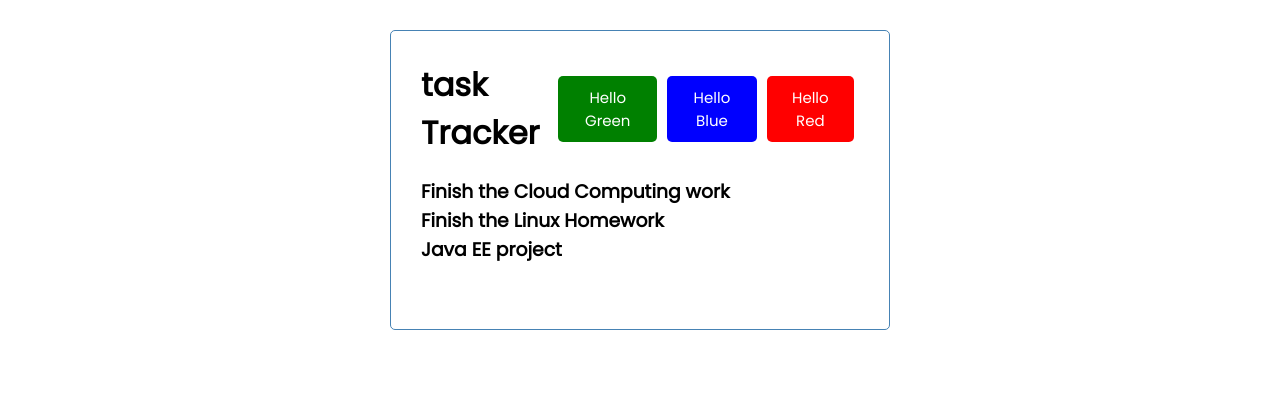
Repository: ds-mbappe/react-task-tracker
Page: /
These files come from the project's save history. The page is drawn as it stood at one moment and after the next save; the edit follows.
The browser window is 1280 px wide. The pictures show the whole page.
The project was rebuilt for these pictures with package versions that can differ from the ones it lists, and the page was loaded fresh each time.

Above is the page before, as saved 2021-10-01 04:54:00.

### src/App.js
import { useState } from "react";
import Header from "./components/Header";
import Tasks from "./components/Tasks";

function App() {
  const [tasks, setTasks] = useState(
        [
            {
                id: 1,
                text: "Finish the Cloud Computing work",
                day: "October 3rd",
                reminder: true,
            },
            {
                id: 2,
                text: "Finish the Linux Homework",
                day: "October 5th",
                reminder: true,
            },
            {
                id: 1,
                text: "Java EE project",
                day: "October 26",
                reminder: false,
            }
        ]
    )

  return (
    <div className="container">
      <Header />
      <Tasks tasks={tasks}/>
    </div>
  );
}

export default App;

### src/components/Header.js
import PropTypes from "prop-types"
import Button from "./Button"

const Header = ({title}) => {
    return (
        <header className="header">
            <h1>{title}</h1>
            <Button color="green" text="Hello Green" />
            <Button color="blue" text="Hello Blue"/>
            <Button color="red" text="Hello Red"/>
        </header>
    )
}

Header.defaultProps = {
    title: "task Tracker",
}

Header.propTypes = {
    title: PropTypes.string.isRequired,
}

export default Header

### src/components/Tasks.js
const Tasks = ({tasks}) => {
    return (
        <>
            {tasks.map((task) => (<h3 key={task.id}>{task.text}</h3>))}
        </>
    )
}

export default Tasks

### src/components/Button.js
import PropTypes from "prop-types"

const Button = ({ color, text }) => {
    return (
        <button className="btn" style={{backgroundColor: color}}>{text}</button>
    )
}

Button.defaultProps = {
    color: "steelblue",
}

Button.propTypes = {
    text: PropTypes.string,
    color: PropTypes.string,
}

export default Button

### src/components/Task.js
const Task = () => {
    return (
        <div className="task">
            <h3>My task</h3>
        </div>
    )
}

export default Task

Loaded but not shown: public/index.html (common file); src/index.js (common file); src/index.css (common file); src/reportWebVitals.js (common file)

After the next save:
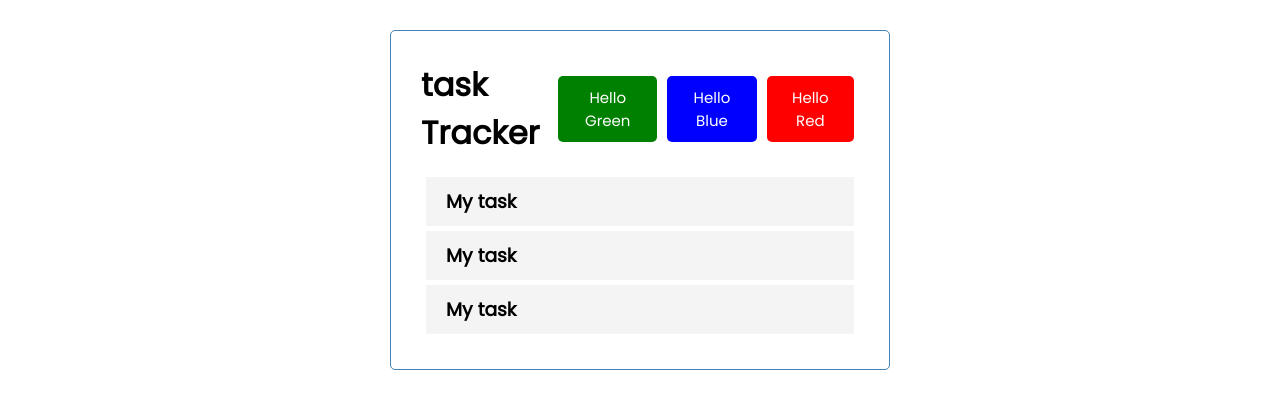
Saved 65 s later.
--- a/src/components/Tasks.js
+++ b/src/components/Tasks.js
@@ -1,7 +1,9 @@
-const Tasks = ({tasks}) => {
+import Task from "./Task"
+
+const Tasks = ({ tasks }) => {
     return (
         <>
-            {tasks.map((task) => (<h3 key={task.id}>{task.text}</h3>))}
+            {tasks.map((task) => (<Task key={task.id} />))}
         </>
     )
 }
